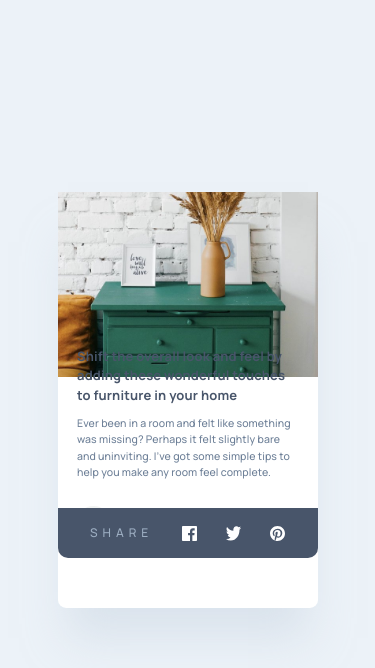
Repository: brandontaylor1/article-preview-component
Page: index.html
The author's editor kept a copy of each file at every save. The page is drawn from the files as they stood at one save, then again after the next save.
The browser window is 375 px wide. The pictures show the whole page.
After loading, the first visible `img.share-btn` was clicked once.

Above is the page before, as saved 2025-01-15 20:26:33.

After the next save:
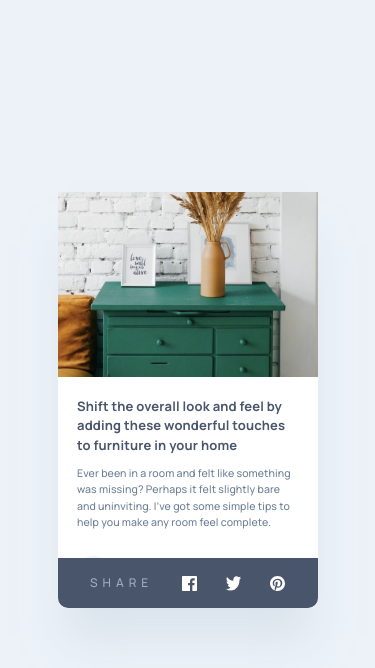
Saved 4 min 39 s later.
--- a/styles.css
+++ b/styles.css
@@ -212,14 +212,15 @@ body {
 /* Media Queries */
 @media screen and (max-width: 626px) {
 
-    .elevated {
-        transform: translateY(-50px);
-    }
-
     .component {
         flex-direction: column;
         height: 32rem;
         width: 20rem;
+    }
+
+    .component.elevated {
+        height: 35rem;
+        tranform: translateY(-10px);
     }
 
     .img-container {
